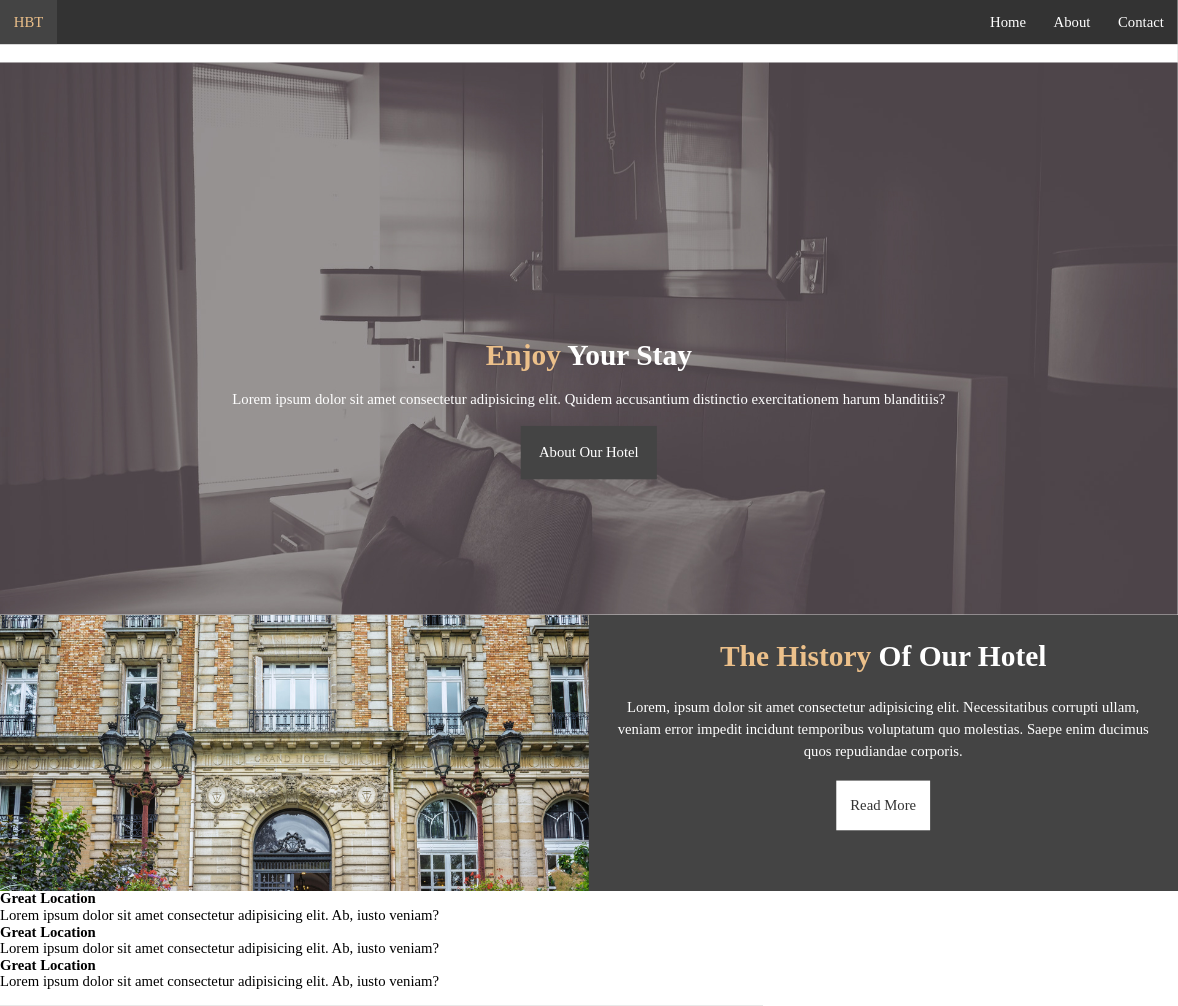
Repository: reemoon-ctrl/hotel-website
Page: 35 - hotel-website/index.html
These files come from the project's save history. The page is drawn as it stood at one moment and after the next save; the edit follows.
The browser window is 1280 px wide. The pictures show the whole page, at 92% of full size.

Above is the page before, as saved 2024-07-21 12:47:04.

### 35 - hotel-website/index.html
<!DOCTYPE html>
<html lang="en">
<head>
    <meta charset="UTF-8">
    <meta name="viewport" content="width=device-width, initial-scale=1.0">
    <title>Document</title>
    <link rel="stylesheet" href="index.css"/>
</head>
<body>
    <header>
        <ul class="nav-bar">
            <li class="title"><a href="">HBT</a></li>
            <li class="bag-nav"><a href=" ">Contact</a></li>
            <li class="bag-nav"><a href="">About</a></li>
            <li class="bag-nav"><a href="">Home</a></li>
        </ul>

    </header>

    <header class="mainheader" >
        <div class="mainheadertxt">
            <h1><span class="fword">Enjoy</span> Your Stay</h1>
            <p>Lorem ipsum dolor sit amet
                consectetur adipisicing elit.
                Quidem accusantium distinctio
                exercitationem harum blanditiis?
            </p>
            <a href="#" >About Our Hotel</a>
        </div>
    </header>

    <main class="main-content">
        <img class="hotelimg"src="img\photo-1.jpg" alt="hotel-img">
        <div class="hotel-disc">
            <h3><span class="fword">The History </span>Of Our Hotel</h3>
            <p>Lorem, ipsum dolor sit amet consectetur adipisicing elit. Necessitatibus corrupti ullam, veniam error impedit incidunt temporibus voluptatum quo molestias. Saepe enim ducimus quos repudiandae corporis.</p>
            <a href="">Read More</a>
        </div>

    </main>

    <aside class="aside-bar">
        <ul>
            <li><h4>Great Location</h4>
                <p>Lorem ipsum dolor sit amet consectetur adipisicing elit. Ab, iusto veniam?</p>
            </li>
            <li><h4>Great Location</h4>
                <p>Lorem ipsum dolor sit amet consectetur adipisicing elit. Ab, iusto veniam?</p>
            </li>
            <li><h4>Great Location</h4>
                <p>Lorem ipsum dolor sit amet consectetur adipisicing elit. Ab, iusto veniam?</p>
            </li>
        </ul>
    </aside>

    <footer>
        <p>Hotel BT &copy; All Rights Reserved</p>

    </footer>

</body>
</html>

### 35 - hotel-website/index.css
*{
    padding: 0px;
    margin: 0px;
    box-sizing: border-box;

}
.nav-bar{
    list-style:none;
    overflow: auto;
    /* clear:both; */
    background: #333333;
}
.title{
    float: left;
}
.bag-nav{
    float: right;
}
.nav-bar li a{
    text-decoration: none;
    padding: 15px;
    display: inline-block;
    color: #fff;
}
.nav-bar li a:hover{
    background: #444444;
    color:#ecc08a;
}

.mainheader{
     background-image: url("img/showcase.jpg")  ;
   /* background-size:cover;


    height: 600px; */


  background-color: #cccccc;
  height: 600px;
  background-position: center;
  background-repeat: no-repeat;
  background-size: cover;
  position: relative;
}
.mainheadertxt{
    margin: auto;
    top:50%;
    position:relative;
    text-align: center;
    margin-top: 20px;
    color:#fff;
}
.mainheadertxt h3{
    font-size:xx-large;

}

.mainheadertxt p{
    margin:20px;
}
.mainheadertxt a{
    position:relative;
    display: block;
    width: fit-content;
    background: #444444;
    text-decoration:none ;
    color: #fff;
    top:50%;
    margin:auto;


    padding: 20px;
}
.fword{
    color:#ecc08a
}
.main-content{
    width:100%;
    height:300px;
    overflow: auto;
    background: #444444;
    color: #fff;
}
.hotelimg{
    width:50%;
    float:left;

}
.hotel-disc{
    width:50%;
    float:right;
    text-align: center;
    /* margin-top:px; */
    line-height: 1.5;
    padding:20px;

}
.hotel-disc h3{
    font-size: xx-large;
    margin-bottom: 20px;
}
.hotel-disc a{
    position:relative;
    display: block;
    width: fit-content;

    text-decoration:none ;
    color: #333333;
    padding: 15px;
    margin:auto;
    margin-top: 20px;
    background: #fff;

}

footer p{
    text-align: center;
    font-size: 15px;
    color: #fff;
    background: ;
}

After the next save:
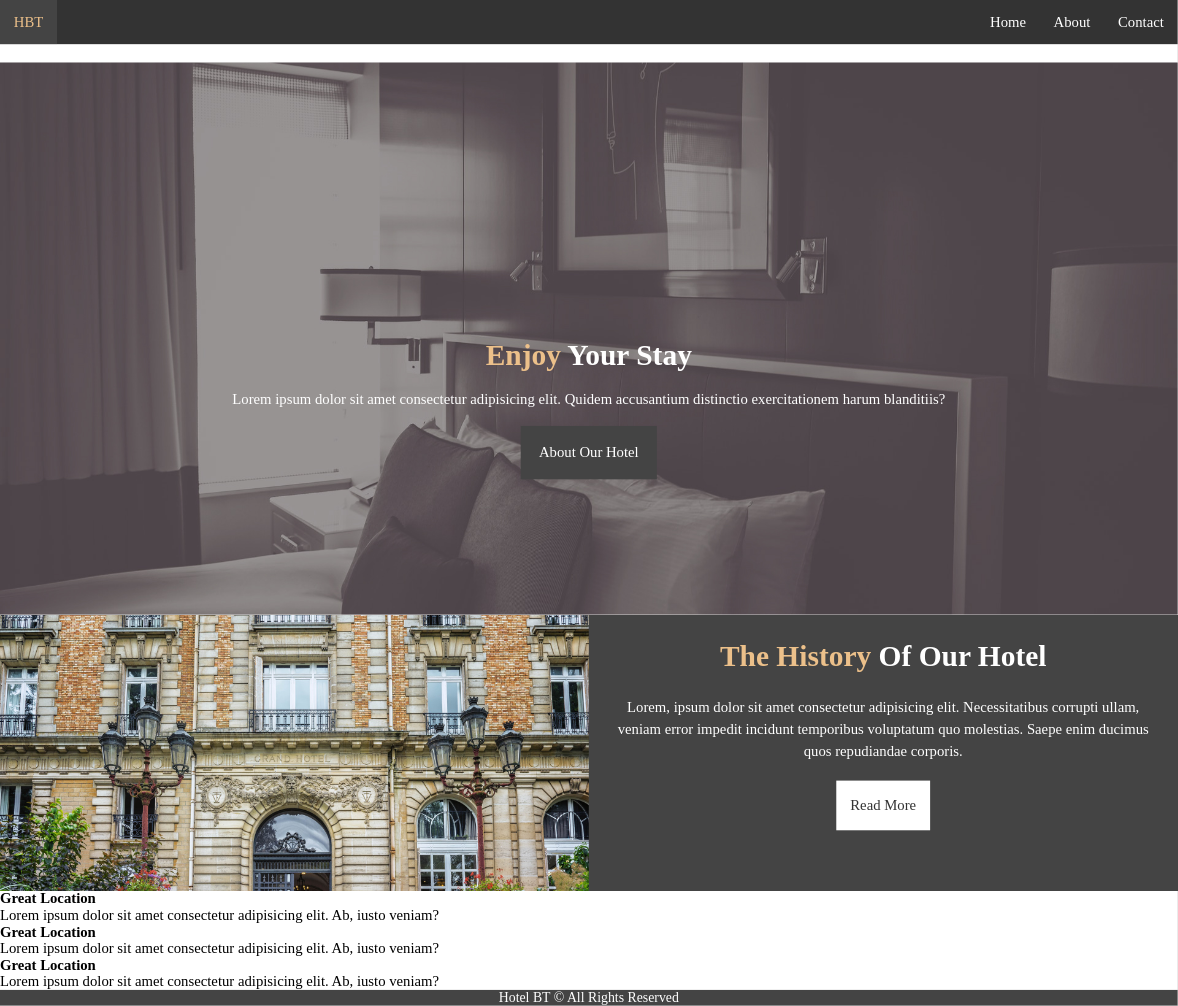
Saved 5 s later.
--- a/35 - hotel-website/index.css
+++ b/35 - hotel-website/index.css
@@ -117,5 +117,5 @@ footer p{
     text-align: center;
     font-size: 15px;
     color: #fff;
-    background: ;
+    background: #444444;
 }
